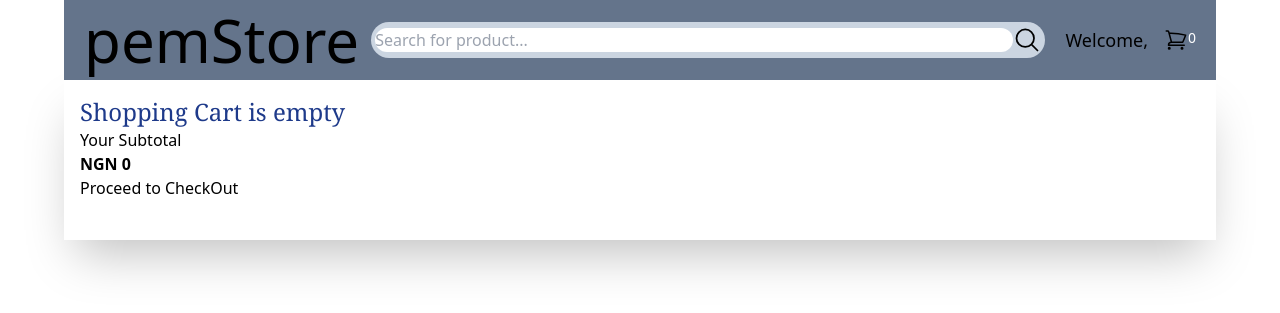
Repository: Semanmernstack/pemstore
Page: /checkout
These files come from the project's save history. The page is drawn as it stood at one moment and after the next save; the edit follows.
The browser window is 1280 px wide. The pictures show the whole page.
The page's requests for data from a server got no answer. The project was rebuilt for these pictures with package versions that can differ from the ones it lists, and the page was loaded fresh each time. The framework's server and built-in components were replaced by stand-ins that run in the browser. No one was signed in, and anything a server would have sent is missing. Also part of the build but not shown: next.config.js, components/CheckoutProduct.js.

Above is the page before, as saved 2022-11-06 04:56:50.

### pages/_app.js
import '../styles/globals.css'
import { SessionProvider } from "next-auth/react"
import { Provider } from 'react-redux'
import { store } from '../store'


function MyApp({ Component, pageProps: { session, ...pageProps }, }) {
  return (
    <SessionProvider session={session}>
      <Provider store={store}  >
        <Component {...pageProps} />
      </Provider>


    </SessionProvider>
  )
}

export default MyApp

### pages/checkout.js
import { useSession } from 'next-auth/react'
import React from 'react'
import { useSelector } from 'react-redux'
import CheckoutProduct from '../components/CheckoutProduct'
import Header from '../components/Header'
import { selectItems } from '../slices/basketSlice'

function Checkout() {
    const { data: session } = useSession()
    const items = useSelector(selectItems)
  return (
    <div  className=" mx-auto max-w-6xl "  >
        <Header />
        <div className="h-40 p-4 shadow-2xl">
        <div className="flex items-center  text-lg md:text-xl lg:text-2xl font-serif text-blue-900 space-x-4 ">
            <h1>{items.length === 0 ? "Shopping Cart is empty"  : "This is your pemStore Shopping Cart" }   </h1>
            <p>{session?.user.name}</p>
        </div>
        <div>
            <h1>Your Subtotal</h1>
            <span className="font-extrabold">NGN 0</span>
        </div>
        <button className="text-center ">Proceed to CheckOut</button>
        </div>

        {items.map((item, i) => (
            <CheckoutProduct
                key={i}
                id={item.id}
                title={item.title}
                price={item.price}
                description={item.description}
                category={item.category}
                image={item.image}
            />
        ))}



    </div>
  )
}

export default Checkout

### store.js
import { configureStore } from '@reduxjs/toolkit';
import  basketReducer  from "./slices/basketSlice"
// ...

export const store = configureStore({
  reducer: {
    basket: basketReducer,


  },
})

### components/Header.js
import React from 'react'
import { useSession, signIn, signOut } from "next-auth/react"
import { useRouter } from 'next/router'
import { useSelector } from 'react-redux'
import { selectItems } from '../slices/basketSlice'

function Header() {
    const { data: session } = useSession()
    const router = useRouter()
    const items = useSelector(selectItems)

    return (
      <div className="flex  items-center   h-20 md:p-2  lg:p-5 bg-slate-500  sticky top-0 z-20">
          <div onClick={() => router.push("/")} className="mr-3  text-3xl md:text-5xl lg:text-6xl">
              <h1 className="cursor-pointer">pemStore</h1>
          </div>
          <div className="flex items-center flex-grow bg-slate-300 p-1 cursor-pointer rounded-full ">
              <input className="outline-none  rounded-full flex-grow   " type="text" placeholder="Search for product..." />
              <svg className="h-7 w-7"   xmlns="http://www.w3.org/2000/svg" fill="none" viewBox="0 0 24 24" strokeWidth={1.5} stroke="currentColor" >
                  <path strokeLinecap="round" strokeLinejoin="round" d="M21 21l-5.197-5.197m0 0A7.5 7.5 0 105.196 5.196a7.5 7.5 0 0010.607 10.607z" />
              </svg>
          </div>
          <div className="flex items-center  mx-2 lg:text-2xl">
          <div  onClick={!session ? signIn : signOut} className="flex items-center cursor-pointer text-sm md:text-lg mx-3">

              <p className="mr-1"> Welcome,</p>
              <p>{session?.user.name}</p>

          </div>
          <div onClick={() => router.push("/checkout")} className="relative flex items-center ">
              <svg xmlns="http://www.w3.org/2000/svg" fill="none" viewBox="0 0 24 24" strokeWidth={1.5} stroke="currentColor" className="w-6 h-6">
                  <path strokeLinecap="round" strokeLinejoin="round" d="M2.25 3h1.386c.51 0 .955.343 1.087.835l.383 1.437M7.5 14.25a3 3 0 00-3 3h15.75m-12.75-3h11.218c1.121-2.3 2.1-4.684 2.924-7.138a60.114 60.114 0 00-16.536-1.84M7.5 14.25L5.106 5.272M6 20.25a.75.75 0 11-1.5 0 .75.75 0 011.5 0zm12.75 0a.75.75 0 11-1.5 0 .75.75 0 011.5 0z" />
              </svg>
              <p className="absolute left-6 top-0 text-sm text-white   ">{items?.length}</p>
          </div>
          </div>

      </div>
    )
  }

  export default Header

### slices/basketSlice.js
import { createSlice } from '@reduxjs/toolkit';

const initialState = {
    items: [],
};




export const basketSlice = createSlice({
    name: "basket",
    initialState,
    // The `reducers` field lets us define reducers and generate associated actions
    reducers: {
        addtoBasket: (state, action) => {
            state.items = [...state.items, action.payload]
        },
        removeFromBasket: (state, action) => {
            const index = state.items.findIndex(
                (basketItem) => basketItem.id === action.payload.id
            )
            let newBasket = [...state.items];
            if (index >= 0) {
                newBasket.splice(index, 1)
            } else {
                console.warn(
                    `you cant remove product {id: ${action.payload.id}} as its not added`
                )
            }
            state.items = newBasket;
        }




    },

});

export const { addtoBasket, removeFromBasket } = basketSlice.actions;



export const selectItems = (state) => state.basket?.items;

export default basketSlice.reducer;

Loaded but not shown: styles/globals.css (common file); tailwind.config.js (common file)

After the next save:
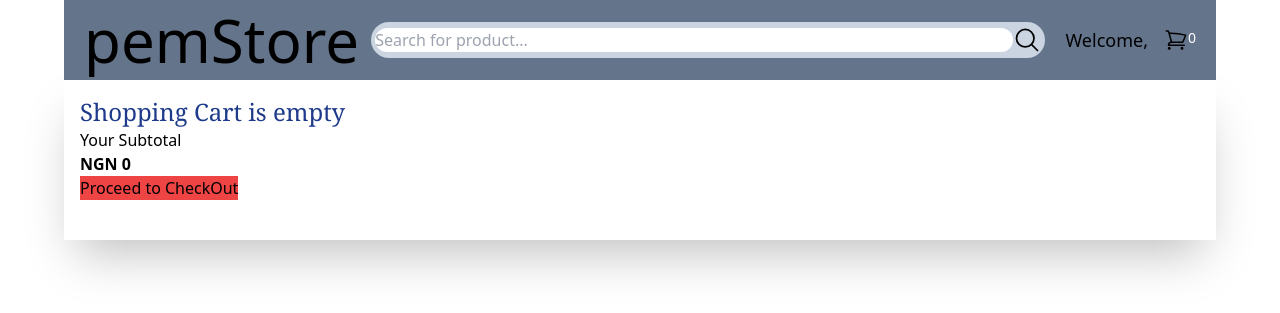
Saved 23 s later.
--- a/pages/checkout.js
+++ b/pages/checkout.js
@@ -20,7 +20,7 @@ function Checkout() {
             <h1>Your Subtotal</h1>
             <span className="font-extrabold">NGN 0</span>
         </div>
-        <button className="text-center ">Proceed to CheckOut</button>
+        <button className="text-center  bg-red-500">Proceed to CheckOut</button>
         </div>
 
         {items.map((item, i) => (
